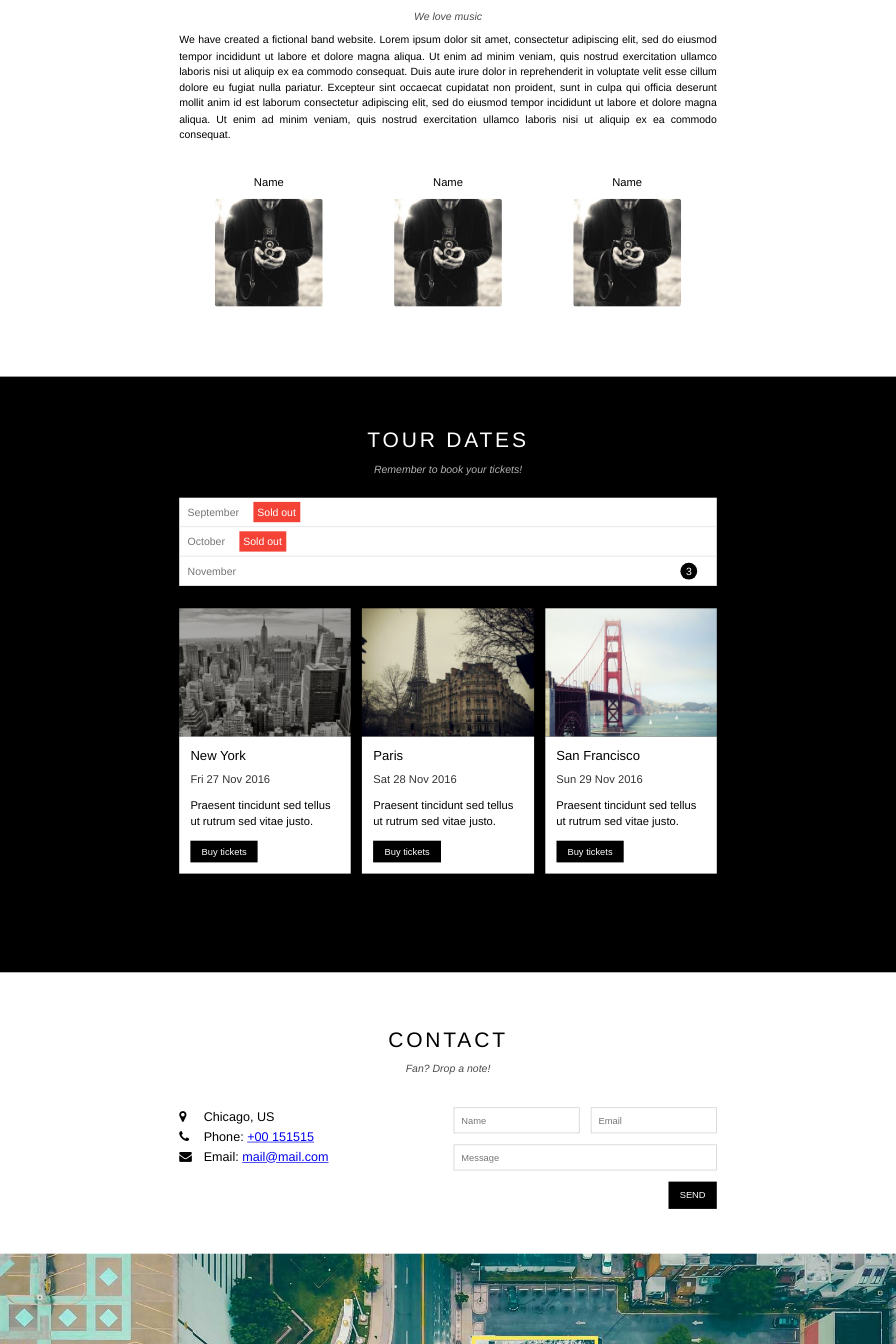
Repository: vuongtm1999/TheBand_W3School
Page: index.html
The author's editor kept a copy of each file at every save. The page is drawn from the files as they stood at one save, then again after the next save.
The browser window is 1280 px wide. The pictures show the part of the page from y = 800 to 2720 px (the page is 3514 px tall), at 70% of full size.
The pointer rests on the first visible `.place-img`.

Above is the page before, as saved 2022-10-18 17:18:19.

### index.html
<!DOCTYPE html>
<html lang="en">
<head>
    <meta charset="UTF-8">
    <meta http-equiv="X-UA-Compatible" content="IE=edge">
    <meta name="viewport" content="width=device-width, initial-scale=1.0">
    <title>The band</title>
    <link rel="stylesheet" href="./style.css">
    <link rel="stylesheet" href="./responsive.css">
    <link rel="stylesheet" href="https://cdnjs.cloudflare.com/ajax/libs/font-awesome/4.7.0/css/font-awesome.min.css">
    <link rel="icon" href="./paris.jpg" type="image/x-icon">
</head>
<body>
        <div id="header">
            <!-- begin: nav -->
            <ul id="nav">
                <li><a href="#">Home</a></li>
                <li><a href="#band">Bank</a></li>
                <li><a href="#tour">Tour</a></li>
                <li><a href="#contact">Contact</a></li>
                <li>
                    <a href="#">More <i style="font-size: 15px;" class="fa fa-caret-down"></i></a>
                    <ul class="subnav">
                        <li><a href="#">Merchandise</a></li>
                        <li><a href="#">Extras</a></li>
                        <li><a href="#">Media</a></li>
                    </ul>
                </li>
            </ul>
            <!-- end: nav -->

            <!-- begin: search button -->
            <div class="search-button">
                <i class="fa fa-search"></i>
            </div>
            <!-- end: search button -->

            <div class="mobile-menu-btn">
                <i class="fa fa-bars" aria-hidden="true"></i>
            </div>
        </div>



        <div id="content">

            <div id="slider">
                <div class="text-content">
                    <div class="container">
                        <h3 class=text-heading>
                            Chicago
                        </h3>
                        <div class="text-description">
                            Thank you, Chicago - A night we won't forget.
                        </div>
                    </div>
                </div>
            </div>

            <!-- about section -->
            <div id="band" class="content-section">
                <h2 class="section-heading">THE BAND</h2>
                <p class="section-sub-heading">We love music</p>
                <p class="section-about-text">We have created a fictional band website. Lorem ipsum dolor sit amet, consectetur adipiscing elit, sed do eiusmod tempor incididunt ut labore et dolore magna aliqua. Ut enim ad minim veniam, quis nostrud exercitation ullamco laboris nisi ut aliquip ex ea commodo consequat. Duis aute irure dolor in reprehenderit in voluptate velit esse cillum dolore eu fugiat nulla pariatur. Excepteur sint occaecat cupidatat non proident, sunt in culpa qui officia deserunt mollit anim id est laborum consectetur adipiscing elit, sed do eiusmod tempor incididunt ut labore et dolore magna aliqua. Ut enim ad minim veniam, quis nostrud exercitation ullamco laboris nisi ut aliquip ex ea commodo consequat.</p>

                <div class="member-list">

                    <div class="col col-third s-col-full-width">
                        <p class="member-name">Name</p>
                        <img class="member-image s-mb-16" src="./bandmember.jpg" alt="member">
                    </div>

                    <div class="col col-third s-col-full-width">
                        <p class="member-name">Name</p>
                        <img class="member-image s-mb-16" src="./bandmember.jpg" alt="member">
                    </div>

                    <div class="col col-third s-col-full-width">
                        <p class="member-name">Name</p>
                        <img class="member-image" src="./bandmember.jpg" alt="member">
                    </div>

                    <div class="clearFloat"></div>
                </div>
            </div>

            <!-- TOUR DATES section -->
            <div id="tour" class="tour-section">
                <div class="content-section">
                    <h2 class="section-heading">TOUR DATES</h2>
                    <p class="section-sub-heading">Remember to book your tickets!</p>

                    <br>

                    <ul class="ticket-list">
                        <li>September <span class="soldout">Sold out</span></li>
                        <li>October <span class="soldout">Sold out</span></li>
                        <li>November <span class="quantity">3</span></li>
                    </ul>

                    <div class="row place-ticket">

                        <div class="col col-third s-col-full-width s-mb-16">
                            <img src="./newyork.jpg" alt="img-ticket" class="place-img">
                            <div class="place-body">
                                <h3 class="place-city">New York</h3>
                                <p class="place-time">Fri 27 Nov 2016</p>
                                <p class="place-description">Praesent tincidunt sed tellus ut rutrum sed vitae justo.</p>
                                <button class="place-buy-tickets btn-common s-btn js-buy-ticket">Buy tickets</button>
                            </div>
                        </div>

                        <div class="col col-third s-col-full-width s-mb-16">
                            <img src="./paris.jpg" alt="img-ticket" class="place-img">
                            <div class="place-body">
                                <h3 class="place-city">Paris</h3>
                                <p class="place-time">Sat 28 Nov 2016</p>
                                <p class="place-description">Praesent tincidunt sed tellus ut rutrum sed vitae justo.</p>
                                <button class="place-buy-tickets btn-common s-btn js-buy-ticket">Buy tickets</button>
                            </div>
                        </div>

                        <div class="col col-third s-col-full-width s-mb-16">
                            <img src="./sanfran.jpg" alt="img-ticket" class="place-img">
                            <div class="place-body">
                                <h3 class="place-city">San Francisco</h3>
                                <p class="place-time">Sun 29 Nov 2016</p>
                                <p class="place-description">Praesent tincidunt sed tellus ut rutrum sed vitae justo.</p>
                                <button class="place-buy-tickets btn-common s-btn js-buy-ticket">Buy tickets</button>
                            </div>
                        </div>

                        <div class="clearFloat"></div>
                    </div>
                </div>
            </div>



            <!-- CONTACT section -->
            <div id="contact" class="content-section">
                <h2 class="section-heading">CONTACT</h2>
                <p class="section-sub-heading">Fan? Drop a note!</p>

                <div class="row contact-items">
                    <div class="col col-half contact-info s-col-full-width s-mb-16">
                        <p><i class="fa fa-map-marker" aria-hidden="true"></i> Chicago, US</p>
                        <p><i class="fa fa-phone" aria-hidden="true"></i> Phone: <a href="tel:+00 151515">+00 151515</a></p>
                        <p><i class="fa fa-envelope" aria-hidden="true"></i> Email: <a href="mailto:mail@mail.com">mail@mail.com</a></p>
                    </div>
                    <div class="col col-half contact-form s-col-full-width s-mt-16">
                        <form action="">
                        <div class="row">
                            <div class="col col-half s-col-full-width">
                                <input type="text" required placeholder="Name" class="p-10 btn-contact contact-input-name">
                            </div>
                            <div class="col col-half s-col-full-width s-mt-16">
                                <input type="email" required placeholder="Email" class="p-10 btn-contact contact-input-email">
                            </div>
                        </div>
                        <div class="row">
                            <div class="col col-full">
                                <input type="text" required placeholder="Message" class="p-10 btn-contact contact-input-message">
                            </div>
                        </div>

                        <input type="submit" class="contact-btn-send btn-common s-btn" value="SEND"></input>
                    </div>
                    </form>
                </div>
            </div>
            <!-- End: contact section -->

            <!-- Map section -->
            <div class="map-section">
                <img src="./map.jpg" alt="map-img" class="place-img">
            </div>

        </div>

        <!-- Modal dialog -->
        <div class="modal js-modal">
            <div class="modal-container js-modal-container">
                <i class="fa fa-times close-icon js-close-icon" aria-hidden="true"></i>
                <header class="modal-header">
                    <i class="fa fa-suitcase mr-5"></i>
                     Tickets
                </header>
                <div class="modal-body">
                    <label for="quantity-sticket" class="modal-label">
                        <i class="fa fa-shopping-cart" aria-hidden="true"></i>
                        Tickets, $15 per person
                    </label>
                    <input type="text" id="quantity-sticket" class="quantity-sticketet" placeholder="How many?">

                    <label for="send-to-sticket" class="modal-label">
                        <i class="fa fa-user" aria-hidden="true"></i>
                        Send to
                    </label>
                    <input type="text" id="send-to-sticket" class="send-to-sticket" placeholder="Enter email" class=placeholder="Enter email">

                    <button id="btn-pay" class="btn-pay">PAY <i class="fa fa-check" aria-hidden="true"></i></button>
                </div>

                <div class="modal-footer">
                    <button class="btn-close js-close-btn">Close <i class="fa fa-times" aria-hidden="true"></i></button>

                    <div class="modal-text-help">Need <a href="#" id="btn-help">help?</a></div>
                </div>
            </div>
        </div>

        <div class="footer">
            <div class="icon-info">
                <i class="fa fa-facebook-official" aria-hidden="true"></i>
                <i class="fa fa-instagram" aria-hidden="true"></i>
                <i class="fa fa-snapchat" aria-hidden="true"></i>
                <i class="fa fa-pinterest-p" aria-hidden="true"></i>
                <i class="fa fa-twitter" aria-hidden="true"></i>
                <i class="fa fa-linkedin" aria-hidden="true"></i>
            </div>
            <div class="powered">
                <p>Powered by <a href="">w3.css</a></p>
            </div>

        </div>
    </div>
    <script>
        const buyBtns = document.querySelectorAll('.js-buy-ticket');
        const modal = document.querySelector('.js-modal');
        const closeBtn = document.querySelector('.js-close-btn');
        const closeIcon = document.querySelector('.js-close-icon');
        const modalContainer = document.querySelector('.js-modal-container');

        function showTicketDialog(){
            modal.classList.add('modal-open')
        }

        function hideTicketDialog(){
            modal.classList.remove('modal-open')
        }

        for(const buyBtn of buyBtns){
            buyBtn.addEventListener('click', showTicketDialog);
        }

        closeBtn.addEventListener('click', hideTicketDialog);
        closeIcon.addEventListener('click', hideTicketDialog);

        //Dong khi click ra ngoai modal
        modal.addEventListener('click', hideTicketDialog);
        modalContainer.addEventListener('click', function(even) {
            even.stopPropagation()
        });

        // buyBtns.forEach(function (buyBtn) {
        //     buyBtn.addEventListener('click', showTicketDialog())
        // })

        // Dong mo menu (mobile)
        var menu = document.getElementById("header")
        var menuBtn = document.querySelector(".mobile-menu-btn")
        var menuHeight = menu.clientHeight

        menuBtn.onclick = function(e){
            if(this.clientHeight === menuHeight){
                menu.style.height = 'auto'
                menuHeight = menu.clientHeight
            }else{
                menu.style.height = null
                menuHeight = menu.clientHeight
            }
        }

        //Tu dong dong khi chon menu
        var menuItems =  document.querySelectorAll("#header > ul a[href*='#']")
        for(let i =0;i<menuItems.length;i++){
            menuItem = menuItems[i]



            menuItem.onclick = function(e){
                var isParentMenu = this.nextElementSibling &&
                        this.nextElementSibling.classList.contains("subnav")

                if(isParentMenu){
                    e.preventDefault()
                }else{
                    menu.style.height = null
                    menuHeight = menu.clientHeight
                }
            }
        }

        console.log()
    </script>
</body>
</html>

### style.css
/* reset CSS */
* {
    margin: 0;
    padding: 0;
    box-sizing: border-box;
}

html {
    scroll-behavior: smooth;
    font-family: Helvetica, Arial, sans-serif;
}

#nav, .subnav, li{
    list-style-type: none;
}

#nav{
    display: inline-block;
}

/* Common */
    /* Khac phuc khi dung float :left */
.clearFloat{
    clear: both;
}

.btn-common{
    color: white;
    background-color: #000;
    border: none;
}

.btn-common:hover{
    background-color: #ccc;
    color: #000;
}

.row{
    margin-left: -8px;
    margin-right: -8px;
}

.col{
    float: left;
    padding-left: 8px;
    padding-right: 8px;
}

.col::after{
    content: "";
    display: block;
    clear: both;
}

.col-full{
    width: 100%;
}

.col-half{
    width: 50%;
}

.col-third{
    width: 33.3333%;
}

.text-center{
    text-align: center;
}

.p-8{
    padding: 8px;
}

.mb-8{
    margin-bottom: 8px;
}

.p-10{
    padding: 10px;
}

.mr-8{
    margin-right: 8px;
}

/*
Nguyen tac lam viec
1. Vi tri
2. Kich thuoc
3. Mau sac
4. Kieu dang (kieu chu, hinh tron hay hinh vuong,...)
*/

/*
Tu ngoai vao trong
Tu tren xuong duoi
TU tong quan den chi tiet
 */

#main {}

#header {
    position: fixed;
    z-index: 1;
    height: 46px;
    background-color: #000;
    color: #fff;
    top: 0;
    left: 0;
    right: 0;
}

#nav li {
    text-decoration: none;
    line-height: 46px;
}

/* The a */
a{
    text-decoration: none;
}

#nav > li > a {
    /* display: inline-block; */
    padding: 0px 24px;
    color: #ffffff;
    text-transform: uppercase;
}

#nav > li {
    display: inline-block;
}

#nav li:last-child {
    position: relative;
}

#nav .subnav {
    background-color: #fff;
    position: absolute;
    display: none;
    top: 100%;
    left: 0;
    box-shadow:  0px 0px 10px rgba(0, 0, 0, 0.3);
    min-width: 160px;
}

#nav .subnav a{
    color: #000;
    padding: 0px 12px;
    line-height: 30px;
    display: inline-block;
    width: 100%;
}

#nav .subnav li:hover,
#nav > li:hover > a {
    color: #000;
    background-color: #ccc;
    display: block;
}

#nav > li:last-child:hover .subnav{
    display: block;
}

/* search btn */
#header .search-button{
    float: right;
    line-height: 46px;
    padding: 0 24px;
    user-select: none;
}

#header .mobile-menu-btn{
    float: right;
    line-height: 46px;
    padding: 0 24px;
    user-select: none;
    position: absolute;
    right: 0;
    top: 0;
}


#header .search-button:hover{
    background-color: #f44336;
}

#header .mobile-menu-btn:hover{
    background-color: #ccc;
    color: #000;
}

#slider {
    /* background-color: rgb(27, 22, 22); */
    margin-top: 46px;
/* padding-top bang 50% chieu rong cua thanh phan do */
    padding-top: 50%;
    position: relative;
    background: url("./chicago.jpg") top center / cover no-repeat;
}

#slider .text-content{
    position: absolute;
    color: white;
    bottom: 48px;

    /* cach 1 */
    /* left: 50%;
    transform: translateX(-50%); */
    /* cach 2 */
    /* left: 0;
    right: 0; */
    /* cach 3 */
    width: 100%;
    text-align: center;
    text-shadow: 0 0 1px black;
}

.text-heading{
    font-size: 24px;
    font-weight: 400;
}

.text-description{
    margin-top: 25px;
    font-weight: bolder;
    font-size: 15px;
}

#content{
    /* max-width: 100%; */
}

#content .content-section{
    width: 800px;
    max-width: 100%;
    padding: 64px;
    padding-left: 16px;
    padding-right: 16px;
    margin-left: auto;
    margin-right: auto;
}

.content-section .section-heading,
.content-section .section-about-text{
    margin: 15px 0px;
}

.content-section .section-heading,
.content-section .section-sub-heading{
    text-align: center;
}

.content-section .section-sub-heading{
    font-size: 15px;
    opacity: 0.7;
    font-style: italic;
}

.content-section .section-heading{
    font-size: 30px;
    font-weight: 400;
    letter-spacing: 4px;
}

.content-section .section-about-text{
    /* line-height khong co px */
    line-height: 1.5;
    font-size: 15px;
    text-align: justify;
}

.content-section .member-list{
    margin: 32px 0;
    text-align: center;
    /* Khac phuc khi dung float :left */
    /* overflow: hidden; */
}

.content-section .member-name{
    margin: 15px 0;
}

.content-section .member-image{
    width: 154px;
    border-radius: 4px;
}

/* Tour section */
.tour-section{
    background-color: #000;
    min-height: 851px;
}

/*  begin: tour section */
.tour-section .section-heading,
.tour-section .section-sub-heading{
    color: white !important;
}

.tour-section .section-heading{
    margin: 10px 0;
}

.tour-section .section-sub-heading{
    margin: 15px 0;
}

.ticket-list{
    background-color: white;
}

.ticket-list > li{
    font-size: 15px;
    padding: 12px;
    border-bottom: 1px solid #ddd;
    color: #757575;
}

.soldout{
    background-color: #f44336;
    padding: 6px;
    margin-left: 16px;
    color: #fff;
}

.quantity{
    float: right;
    margin-right: 16px;
    background-color: #000;
    width: 24px;
    height: 24px;
    border-radius: 50%;
    color: white;
    text-align: center;
    line-height: 24px;
    margin-top: -3px;
}

/* place-ticket */
.place-ticket{
    /* margin-top: 32px; */
    padding-top: 32px;
}

.place-item{
    float: left;
    width: 33.3333%;
    padding: 0 8px;
}

.place-img{
    width: 100%;
    display: block;
}

.place-img:hover{
    opacity: 0.7;
}

.place-body{
    background-color: white;
    color: rgb(1, 1, 1);
    padding: 16px;
}

.place-city{
    font-weight: 550;
}

.place-time{
    opacity: 0.8;
    margin: 15px 0;
}

.place-description{
    margin: 15px 0;
    line-height: 1.5;
}

.place-buy-tickets{
    padding: 8px 16px;
    display: inline-block;
}

/* modal dialog */
.modal{
    position: fixed;
    background-color: rgba(0, 0, 0, 0.3);
    top: 0;
    left: 0;
    right: 0;
    bottom: 0;

    /* display: flex; */
    align-items: center;
    justify-content: center;

    display: none;
}

.modal-open{
    display: flex !important;
}


.modal-container{
    background-color: #fff;
    width: 900px;
    min-height: 473px;
    position: relative;

    /* reponsive */
    max-width: calc(100% - 32px);

    animation: modalFadeIn ease 0.4s;
}

@keyframes modalFadeIn{
    from {
        opacity: 0;
        transform: translateY(-200px);
    }
    to{
        opacity: 1;
        transform: translateY(0px);
    }
}

.modal-header {
    height: 129px;
    background-color: #009688;
    display: flex;
    align-items: center;
    justify-content: center;
    letter-spacing: 4px;
    font-weight: 400;
    font-size: 30px;
    color: #fff;
}

.mr-5{
    margin-right: 16px;
}
.close-icon{
    position: absolute;
    top: 0;
    right: 0;
    padding: 12px;
    color: #fff;
}

.close-icon:hover{
    background-color: #ccc;
    color: #000
}

.modal-body {
    padding: 0 16px;
}

.modal-label{
    display: block;
    margin: 18px 0 8px 0;
}

.quantity-sticketet,
.send-to-sticket{
    border: 1px solid #ccc;
    padding: 8px;
    font-size: 15px;
    width: 100%;
}

.btn-pay{
    margin: 16px 0;
    width: 100%;
    background-color: #009688;
    padding: 18px;
    color: #fff;
    border: none;
    font-size: 15px;
    text-transform: uppercase;
}

.btn-pay:hover{
    background-color: #ccc;
    color: #000;
    cursor: pointer;
}

.modal-footer{
    padding: 0 18px;
    margin: 16px 0;
}

.modal-text-help{
    float: right;
}

.btn-close{
    padding: 12px 16px;
    font-size: 15px;
    color: #fff;
    background-color: #f44336;
    border: none;
}

.btn-close:hover{
    cursor: pointer;
    background-color: #ccc;
    color: #000;
}

#btn-help{
    text-decoration: underline !important;
    color: #2196F3;
}

.contact-items{
    margin-top: 48px;
}

.contact-info i[class*="fa"]{
    width: 30px;
}

.contact-info {
    line-height: 1.6;
    font-size: 18px;
}

.contact-form{
    font-size: 15px;
}

.row::after{
    content: "";
    display: block;
    clear: both;
}

.contact-input-message{
    margin: 16px 0;
}

.contact-items a:hover{
    opacity: 0.7;
}

.contact-items a{
    text-decoration: underline;
}

.btn-contact{
    border: 1px solid #ccc;

    width: 100%;
}

.contact-btn-send{
    padding: 12px 16px;
    float: right;

    appearance: none;

    /* ///Safari iphone btn */
    -webkit-appearance: none;
}

.footer{
    padding: 64px 0;
    text-align: center;
    color: #000;
    opacity: 0.6;
    font-size: 24px;
}

.powered{
    margin: 15px 0;
    font-size: 15px;
}

.powered a{
    text-decoration: underline !important;
}

.footer .icon-info i:hover{
    opacity: 0.3;
}

### responsive.css

/* PC */
@media (min-width :64em) {
    #header .mobile-menu-btn{
        display: none !important;
    }
}

/* Tablet va mobile */
@media (max-width: 63.9375em) {
    .powered a{
        display: inline-block !important;
        padding: 12px 0;
    }

    .contact-info{
        line-height: 2.4;
    }
}

/* Tablet */
@media (min-width:  46.25em) and (max-width: 64em) {
    .btn-common{
        padding: 15px 16px;
    }

    .btn-contact{
        padding: 15px;
    }

    .icon-info{
        font-size: 50px;
    }

    .footer .icon-info i{
        margin: 0 8px;
    }

    #header .mobile-menu-btn{
        display: none !important;
    }

    #nav .subnav a{
        padding: 9px 28px;
    }
}

/* Mobile */
@media (max-width:46.1875em) {
    .s-btn{
        width: 100%;
        padding: 16px 16px;
    }

    .s-mb-16{
        margin-bottom: 16px;
    }

    .s-mt-14{
        margin-top: 14px;
    }

    .s-mt-16{
        margin-top: 16px;
    }

    .s-col-full-width{
        width: 100%;
    }

    #header{
        overflow: hidden !important;
    }

    #header .search-button{
        display: none !important;
    }

    #nav{
        display: block !important;
    }

    #nav .subnav{
        position: initial !important;
        background-color: #333 !important;
    }
    #nav .subnav a{
        color: white;
        padding: 8px 41px;
    }
    #nav .subnav a{
        color: white;
        padding: 8px 41px;
    }

    #nav > li{
        display: block !important;
    }

    #nav > li:first-child{
        display: inline-block !important;
    }

    #band .member-list .member-image{
        width: 60%;
    }

}

After the next save:
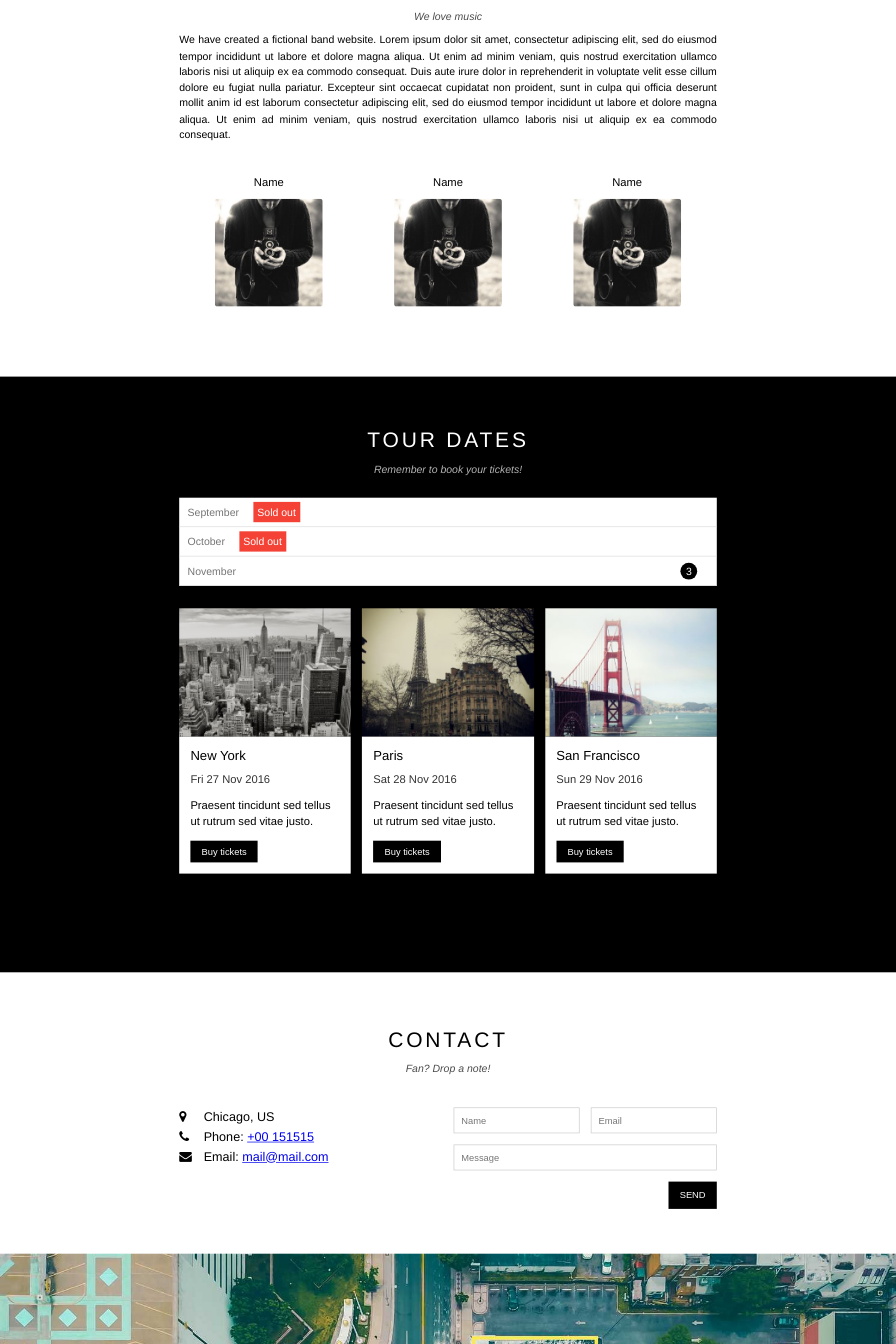
Saved 3 min 44 s later.
--- a/style.css
+++ b/style.css
@@ -358,7 +358,7 @@ a{
 }
 
 .place-img:hover{
-    opacity: 0.7;
+    opacity: 0.9;
 }
 
 .place-body{
